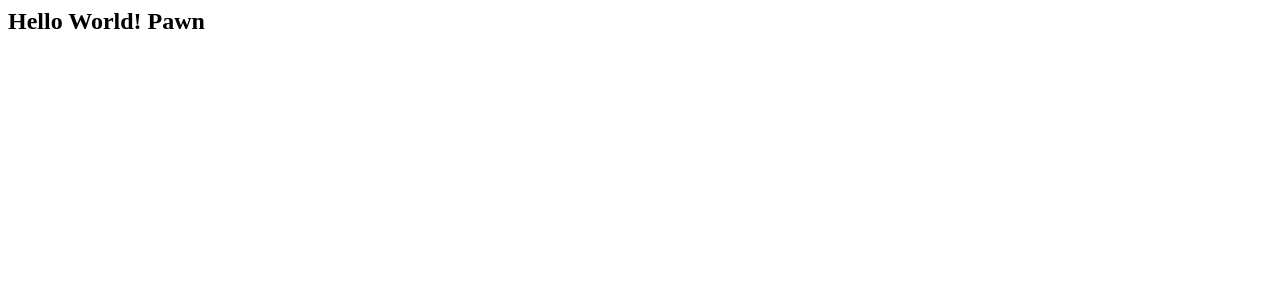
Repository: IamPawan777/spring-MCV
Page: http://localhost/p5-register_form_mvc_orm/
These files come from the project's save history. The page is drawn as it stood at one moment and after the next save; the edit follows.
The browser window is 1280 px wide. The pictures show the whole page.
The page is served by Tomcat 9.

Above is the page before, as saved 2025-01-15 19:45:11.

After the next save:
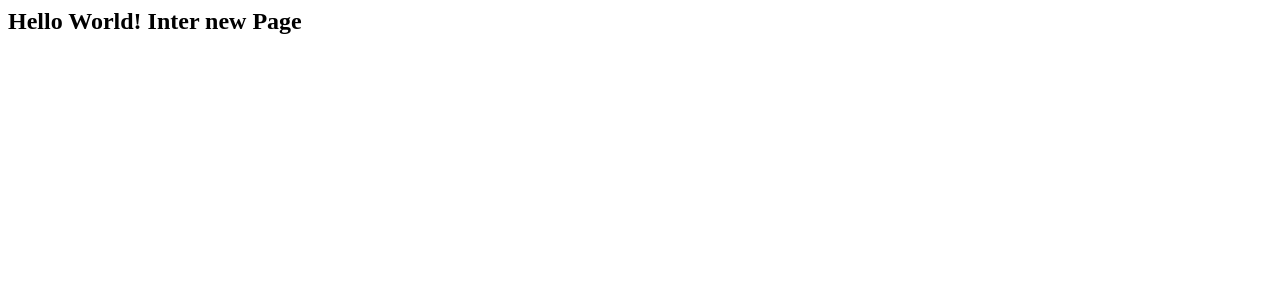
Saved 74 s later.
--- a/p5-register_form_mvc_orm/src/main/webapp/index.jsp
+++ b/p5-register_form_mvc_orm/src/main/webapp/index.jsp
@@ -1,5 +1,5 @@
 <html>
 <body>
-<h2>Hello World! Pawn</h2>
+<h2>Hello World! Inter new Page</h2>
 </body>
 </html>
